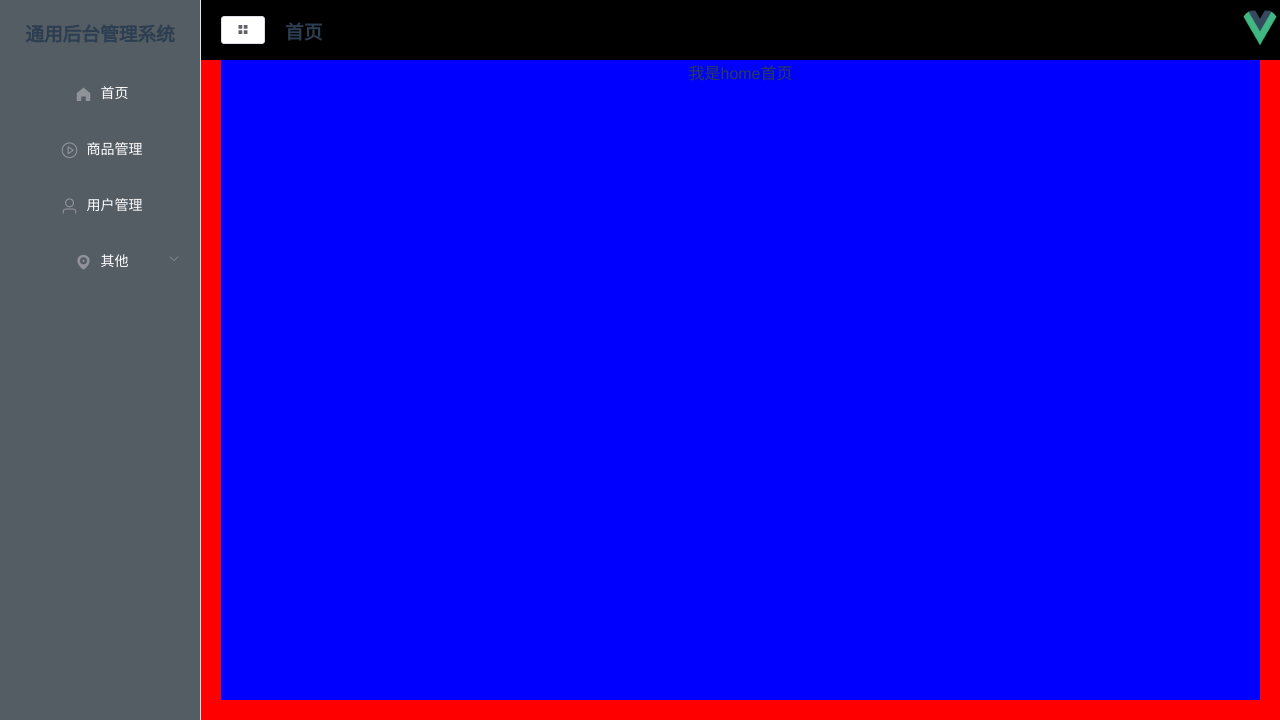
Repository: 385841539/VueStudy
Page: / (app in vue_cli/)
These files come from the project's save history. The page is drawn as it stood at one moment and after the next save; the edit follows.
The browser window is 1280 px wide. The pictures show the whole page.
The project was rebuilt for these pictures with package versions that can differ from the ones it lists, and the page was loaded fresh each time. Also part of the build but not shown: vue_cli/vue.config.js.

Above is the page before, as saved 2022-01-13 10:07:09.

After the next save:
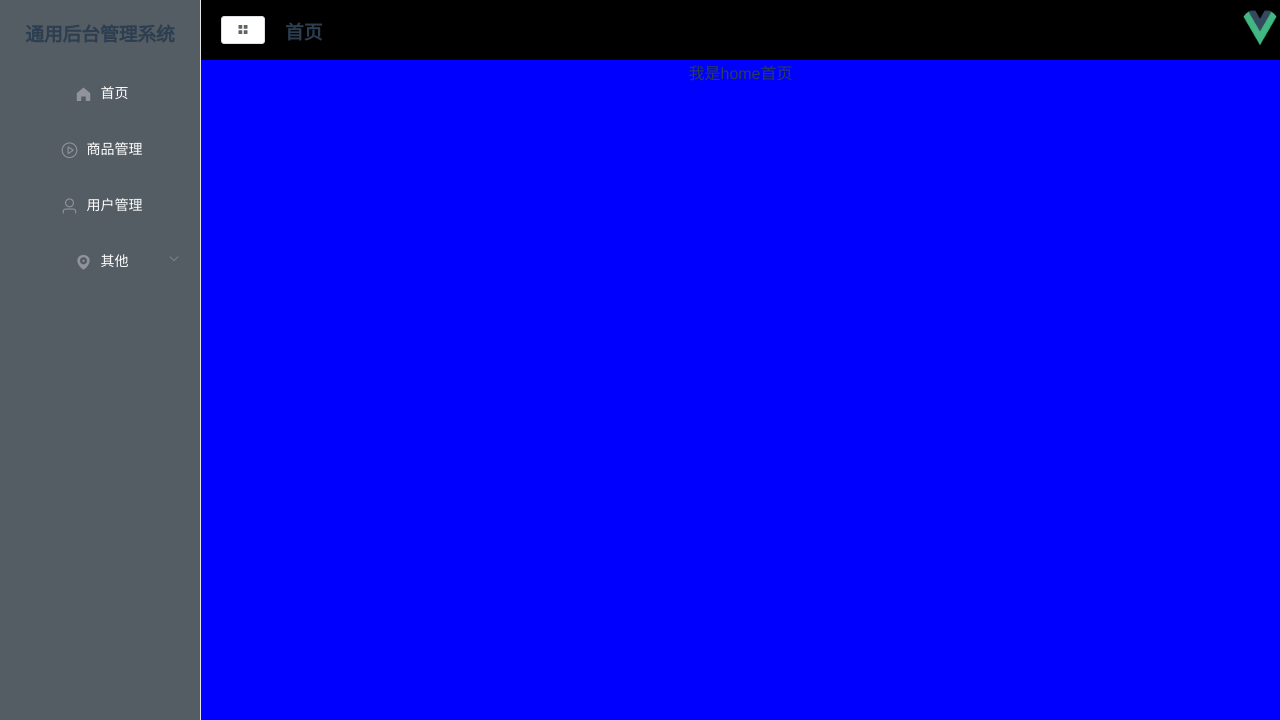
Saved 13 s later.
--- a/vue_cli/src/views/Main.vue
+++ b/vue_cli/src/views/Main.vue
@@ -39,6 +39,6 @@ export default {
   margin: 0%;
 }
 .el-main {
-  padding-top: 0;
+  padding: 0px;
 }
 </style>
